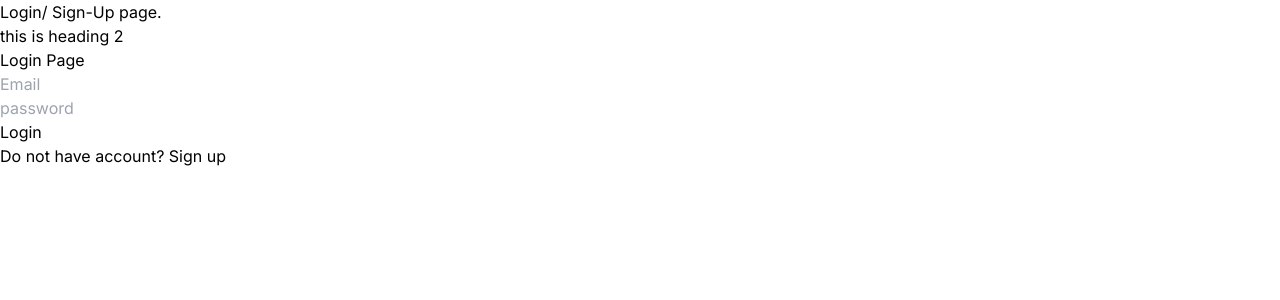
Repository: its-kundan/food-on-time
Page: /restaurant
These files come from the project's save history. The page is drawn as it stood at one moment and after a run of saves; the edit follows.
The browser window is 1280 px wide. The pictures show the whole page.
The project was rebuilt for these pictures with package versions that can differ from the ones it lists, and the page was loaded fresh each time. The framework's server and built-in components were replaced by stand-ins that run in the browser. Also part of the build but not shown: next.config.mjs, src/app/_components/SignUp.jsx.

Above is the page before, as saved 2024-07-24 19:45:15.

After the next 5 saves:
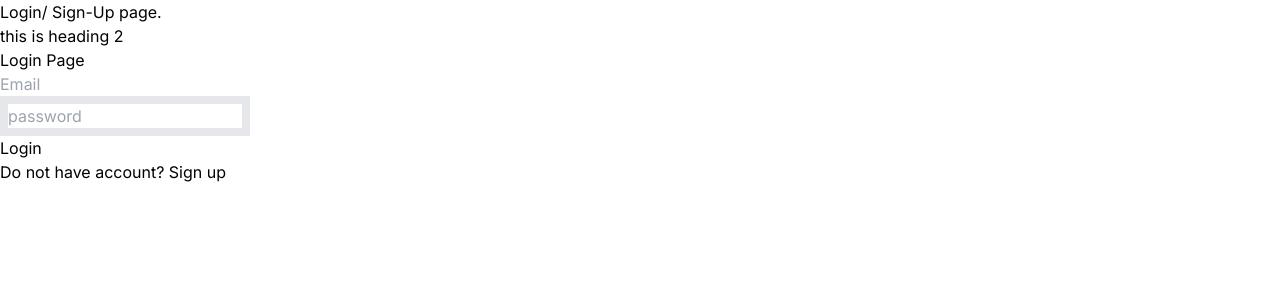
The 5 saves are shown as one change because they came seconds apart.
The last was saved 66 s later.
--- a/src/app/_components/Login.jsx
+++ b/src/app/_components/Login.jsx
@@ -7,9 +7,9 @@ function Login() {
 
 
         <h3> Login  Page</h3>
-        <input className='border-black-2 ' type="email" placeholder="Email" />
+        <input className='border-3 ' type="email" placeholder="Email" />
         <br />
-        <input className='border-black' type="password" placeholder="password" />
+        <input className='border-8' type="password" placeholder="password" />
         <br />
         <button>Login</button>
         </div>
